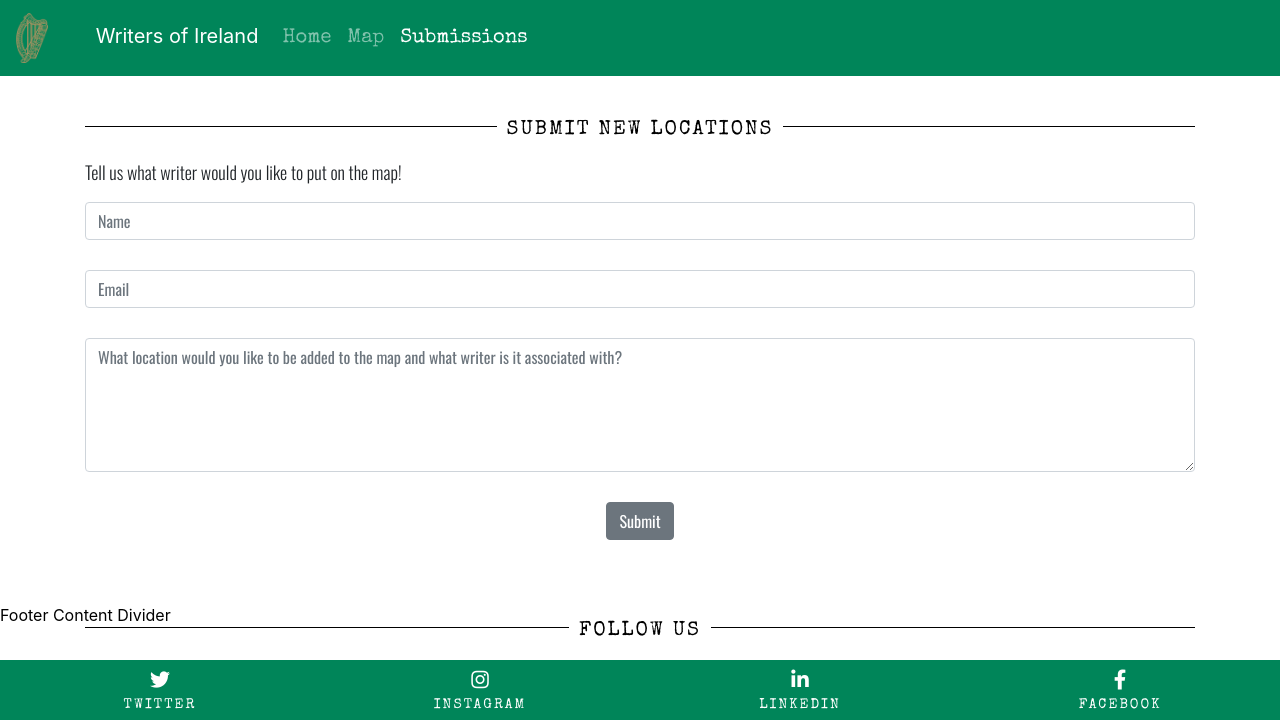
Repository: DarrenCoppinger/milestone-project-2
Page: submissions.html
The author's editor kept a record of every edit. The page is drawn from the files as they stood at one moment, then again after the next edit.
The browser window is 1280 px wide. The pictures show the whole page.
Some web libraries are served in a nearby version.

Above is the page before.
Console error: ReferenceError: emailjs is not defined

After the next edit:
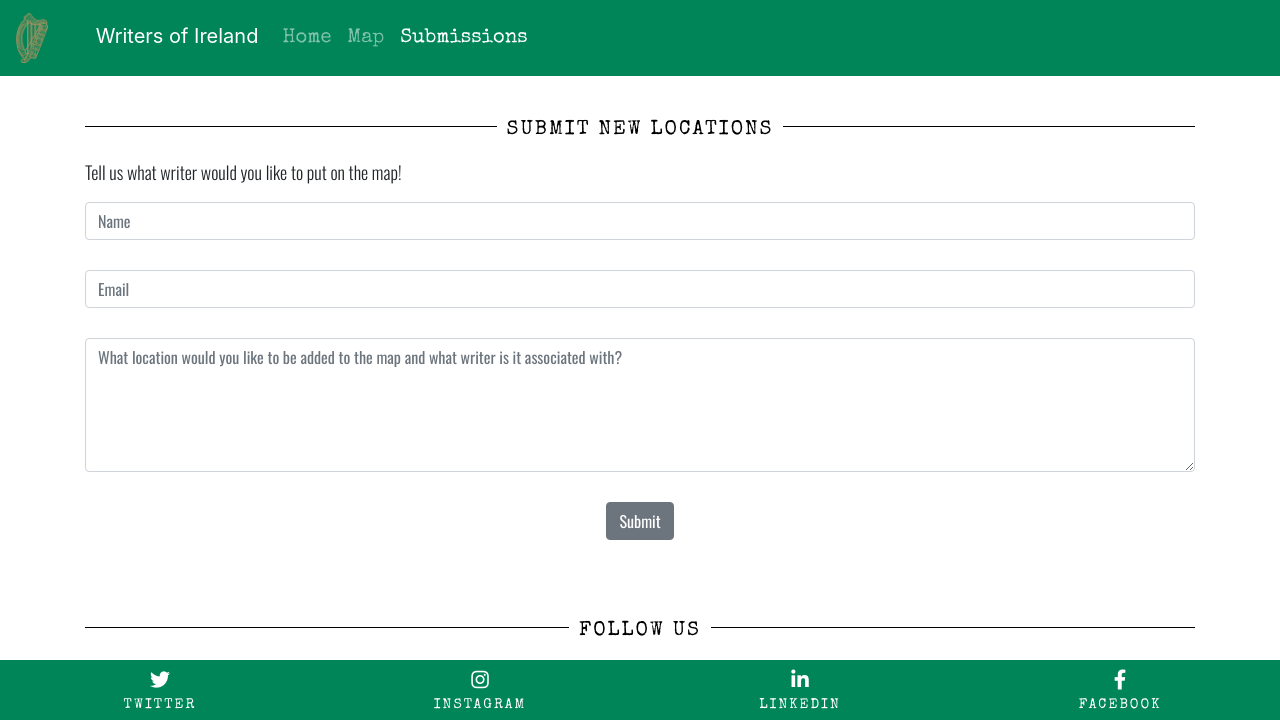
The edit:
--- a/submissions.html
+++ b/submissions.html
@@ -80,7 +80,7 @@
     </section>
     <!--FOOTER-->
     <footer class="footer">
-        Footer Content Divider
+        <!--Footer Content Divider-->
         <div class="container">
             <div class="row">
                 <div class="col">
